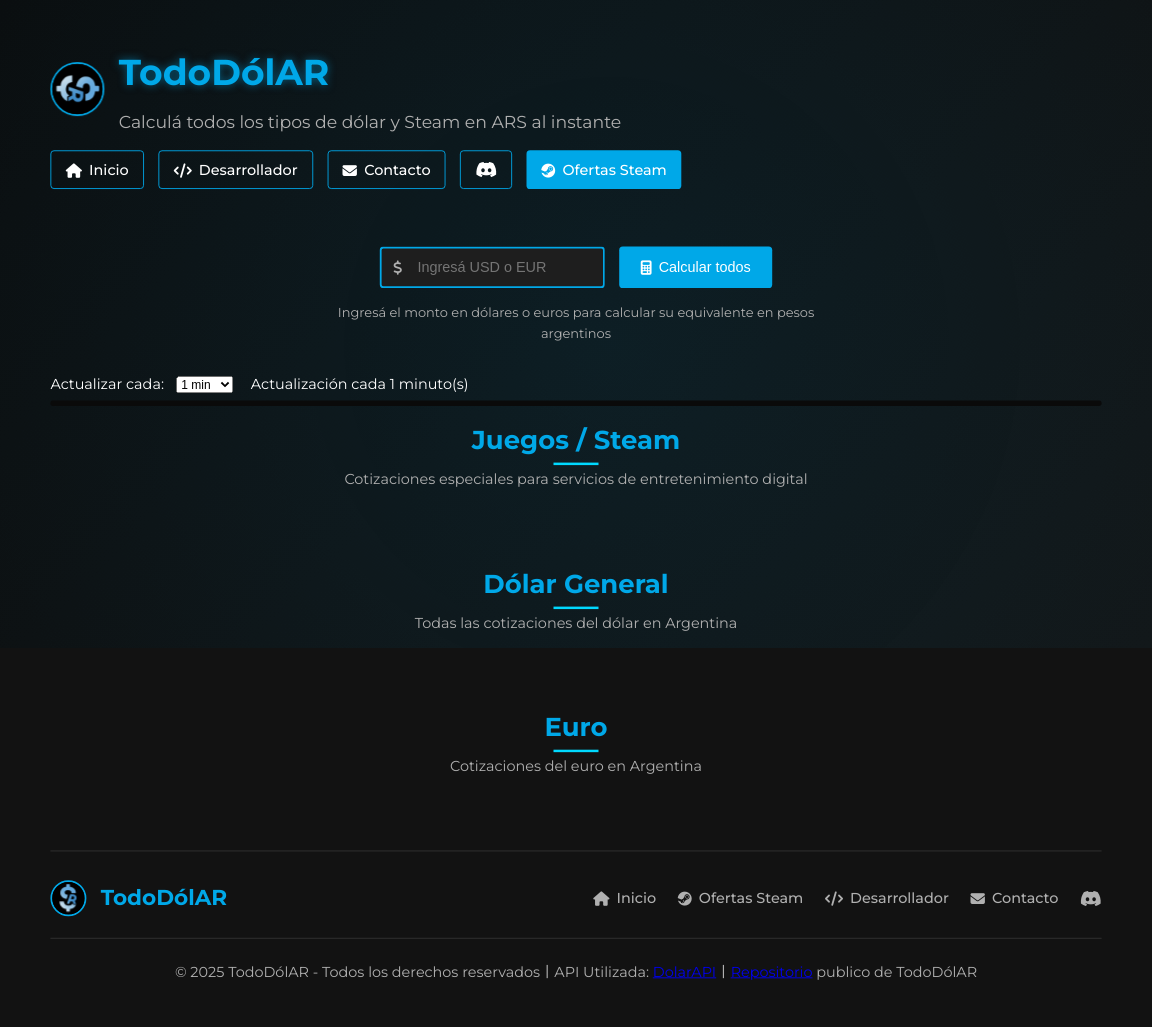
Repository: FabriDevelope/todod-lar-ar
Page: inicio/index.html
An editor plug-in stored every save of this project. The page is shown before and after the next save, followed by the edit.
The browser window is 1280 px wide. The pictures show the whole page, at 90% of full size.
The page's requests for data from a server got no answer.

Above is the page before, as saved 2025-09-06 23:22:32.

### inicio/index.html
<!DOCTYPE html>
<html lang="es">
<head>
    <meta charset="UTF-8">
    <meta name="viewport" content="width=device-width, initial-scale=1.0">
    <title>TodoDólAR - Calculá todos los tipos de dólar y Steam en ARS al instante</title>
    <link rel="stylesheet" href="../css/style.css">
    <link rel="icon" type="image/png" href="favicon.png">
    <link href="https://fonts.googleapis.com/css2?family=Montserrat:wght@400;500;700&display=swap" rel="stylesheet">
    <link rel="stylesheet" href="https://cdnjs.cloudflare.com/ajax/libs/font-awesome/6.4.0/css/all.min.css">
</head>
<body>
    <!-- Fondo animado -->
    <div class="animated-bg"></div>

    <div class="container">
        <!-- Header -->
        <header class="header">
            <div class="header-content">
                <div class="header-logo">
                    <img src="../logo/logo.png" alt="TodoDólar-AR Logo" class="logo-img">
                    <div>
                        <h1 class="header-title">TodoDólAR</h1>
                        <p class="header-subtitle">Calculá todos los tipos de dólar y Steam en ARS al instante</p>
                    </div>
                </div>
                <div class="header-links">
                    <a href="index.html" class="dev-link">
                        <i class="fas fa-home"></i> Inicio
                    </a>
                    <a href="../desarrollador/index.html" target="_blank" class="dev-link">
                        <i class="fas fa-code"></i> Desarrollador
                    </a>
                    <a href="../contacto/index.html" class="dev-link">
                        <i class="fas fa-envelope"></i> Contacto
                    </a>
                    <a href="../discord-invite/index.html" target="_blank" class="dev-link discord-link">
                        <i class="fab fa-discord"></i>
                    </a>
                    <a href="../ofertas-steam/index.html" target="_blank" class="steam-btn">
                        <i class="fab fa-steam"></i> Ofertas Steam
                    </a>
                </div>
            </div>
        </header>

        <!-- Input de cálculo -->
        <section class="calculation-section">
            <div class="input-container">
                <div class="input-group">
                    <i class="fas fa-dollar-sign input-icon"></i>
                    <input type="number" id="currency-input" placeholder="Ingresá USD o EUR" step="0.01" min="0">
                </div>
                <button id="calculate-all-btn" class="calculate-btn">
                    <i class="fas fa-calculator"></i> Calcular todos
                </button>
            </div>
            <p class="input-description">Ingresá el monto en dólares o euros para calcular su equivalente en pesos argentinos</p>
        </section>

        <div id="update-container" style="margin: 15px 0;">
            <label for="update-interval-select" style="color: var(--light-text); margin-right: 10px;">Actualizar cada:</label>
            <select id="update-interval-select">
                <option value="60000">1 min</option>
                <option value="300000">5 min</option>
                <option value="900000">15 min</option>
                <option value="3600000">1 hora</option>
            </select>
            <span id="update-text" style="color: var(--light-text); margin-left: 15px;">Actualización cada 1 minuto(s)</span>
            <div id="update-bar-container" style="background: var(--darker-bg); border-radius: 5px; overflow: hidden; height: 6px; margin-top: 5px;">
                <div id="update-bar" style="height: 100%; width: 0%; background: var(--accent-color); transition: width 0.1s linear;"></div>
            </div>
        </div>





        <!-- Tarjetas de Juegos/Steam -->
        <section class="card-section">
            <div class="section-header">
                <h2 class="section-title">Juegos / Steam</h2>
                <p class="section-description">Cotizaciones especiales para servicios de entretenimiento digital</p>
            </div>
            <div class="cards-grid" id="steam-cards">
                <!-- Las tarjetas se generarán con JavaScript -->
            </div>
        </section>

        <!-- Tarjetas de Dólar General -->
        <section class="card-section">
            <div class="section-header">
                <h2 class="section-title">Dólar General</h2>
                <p class="section-description">Todas las cotizaciones del dólar en Argentina</p>
            </div>
            <div class="cards-grid" id="general-cards">
                <!-- Las tarjetas se generarán con JavaScript -->
            </div>
        </section>

        <!-- Tarjetas de Euro -->
        <section class="card-section">
            <div class="section-header">
                <h2 class="section-title">Euro</h2>
                <p class="section-description">Cotizaciones del euro en Argentina</p>
            </div>
            <div class="cards-grid" id="euro-cards">
                <!-- Las tarjetas se generarán con JavaScript -->
            </div>
        </section>

        <!-- Footer -->
        <footer class="footer">
            <div class="footer-content">
                <div class="footer-logo">
                    <img src="../logo/logo.png" alt="TodoDólar-AR Logo" class="footer-logo-img">
                    <span class="footer-title">TodoDólAR</span>
                </div>
                <div class="footer-links">
                    <a href="index.html" class="footer-link">
                        <i class="fas fa-home"></i> Inicio
                    </a>
                    <a href="../ofertas-steam/index.html" target="_blank" class="footer-link">
                        <i class="fab fa-steam"></i> Ofertas Steam
                    </a>
                    <a href="../desarrollador/index.html" target="_blank" class="footer-link">
                        <i class="fas fa-code"></i> Desarrollador
                    </a>
                    <a href="../contacto/index.html" class="footer-link">
                        <i class="fas fa-envelope"></i> Contacto
                    </a>
                    <a href="../discord-invite/index.html" target="_blank" class="footer-link discord-link">
                        <i class="fab fa-discord"></i>
                    </a>
                </div>
            </div>
            <div class="footer-bottom">
                <p>&copy; 2025 TodoDólAR - Todos los derechos reservados丨API Utilizada: <a href="https://dolarapi.com/docs/argentina/" target="_blank">DolarAPI</a>丨<a href="https://github.com/FabriDevelope/todod-lar-ar" target="_blank">Repositorio</a> publico de TodoDólAR</p>
            </div>
        </footer>
    </div>

    <!-- Modal para cálculo específico -->
    <div id="calc-modal" class="modal">
        <div class="modal-content">
            <div class="modal-header">
                <h3 class="modal-title" id="modal-title">Calculadora de Moneda</h3>
                <button class="modal-close-btn" id="modal-close-btn">
                    <i class="fas fa-times"></i>
                </button>
            </div>
            <div class="modal-body">
                <div class="calc-section">
                    <h4>ARS a <span id="currency-name">Moneda</span></h4>
                    <div class="calc-input-group">
                        <input type="number" id="ars-input" placeholder="Ingresá ARS" step="0.01" min="0">
                        <button class="calc-btn" id="ars-to-currency-btn">Calcular</button>
                    </div>
                    <div class="calc-result" id="ars-to-currency-result">
                        <span class="result-label">Resultado:</span>
                        <span class="result-value">0.00</span>
                    </div>
                </div>
                <div class="calc-section">
                    <h4><span id="currency-name-2">Moneda</span> a ARS</h4>
                    <div class="calc-input-group">
                        <input type="number" id="currency-input-modal" placeholder="Ingresá monto" step="0.01" min="0">
                        <button class="calc-btn" id="currency-to-ars-btn">Calcular</button>
                    </div>
                    <div class="calc-result" id="currency-to-ars-result">
                        <span class="result-label">Resultado:</span>
                        <span class="result-value">$0.00</span>
                    </div>
                </div>
            </div>
            <div class="modal-footer">
                <button class="modal-close-footer-btn" id="modal-close-footer-btn">Cerrar</button>
            </div>
        </div>
    </div>

    <script src="../js/script.js"></script>
</body>
</html>

Loaded but not shown: js/script.js (227 lines, source omitted); css/style.css (788 lines, source omitted)

After the next save:
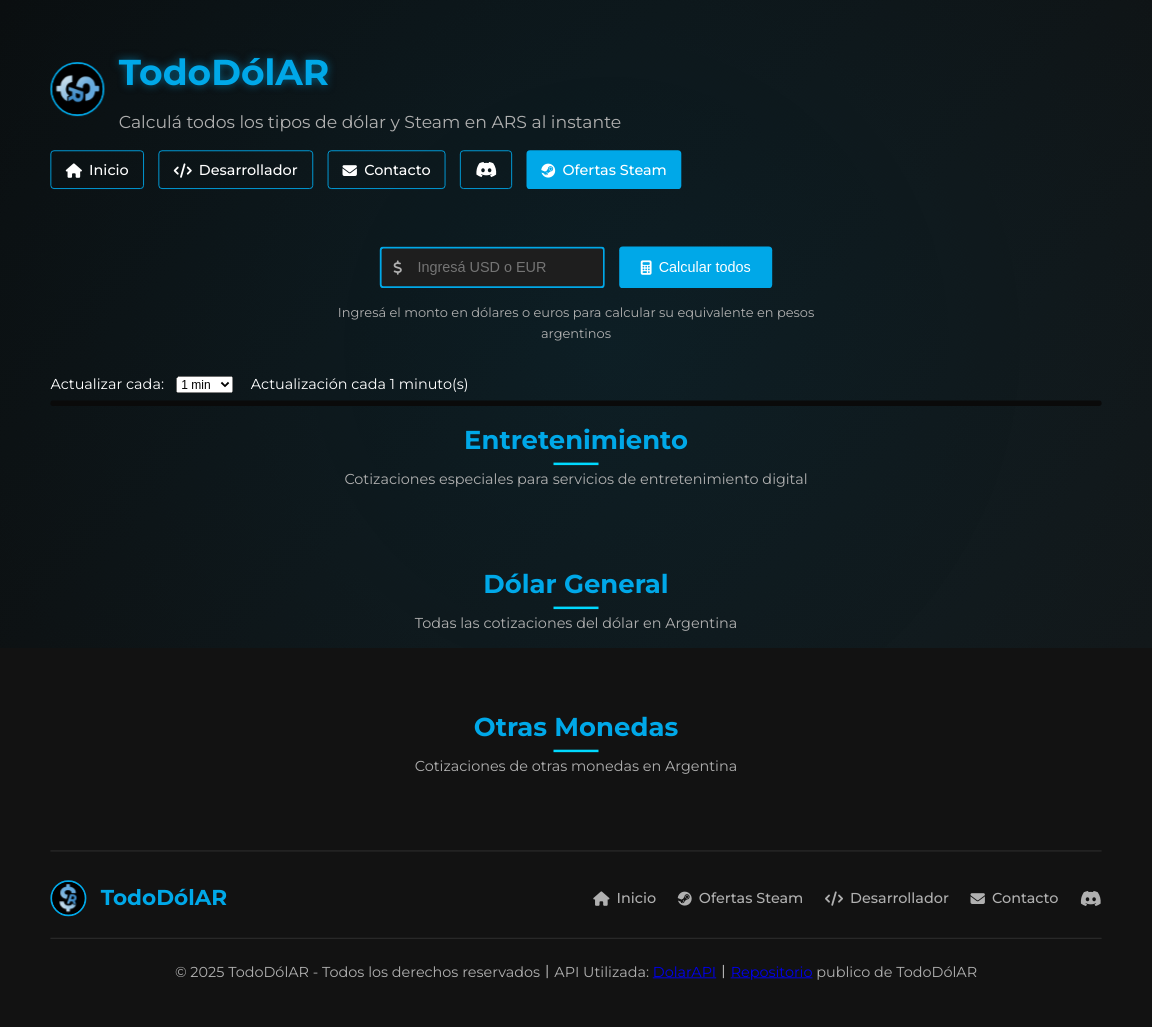
Saved 48 s later.
--- a/inicio/index.html
+++ b/inicio/index.html
@@ -79,7 +79,7 @@
         <!-- Tarjetas de Juegos/Steam -->
         <section class="card-section">
             <div class="section-header">
-                <h2 class="section-title">Juegos / Steam</h2>
+                <h2 class="section-title">Entretenimiento</h2>
                 <p class="section-description">Cotizaciones especiales para servicios de entretenimiento digital</p>
             </div>
             <div class="cards-grid" id="steam-cards">
@@ -101,8 +101,8 @@
         <!-- Tarjetas de Euro -->
         <section class="card-section">
             <div class="section-header">
-                <h2 class="section-title">Euro</h2>
-                <p class="section-description">Cotizaciones del euro en Argentina</p>
+                <h2 class="section-title">Otras Monedas</h2>
+                <p class="section-description">Cotizaciones de otras monedas en Argentina</p>
             </div>
             <div class="cards-grid" id="euro-cards">
                 <!-- Las tarjetas se generarán con JavaScript -->
